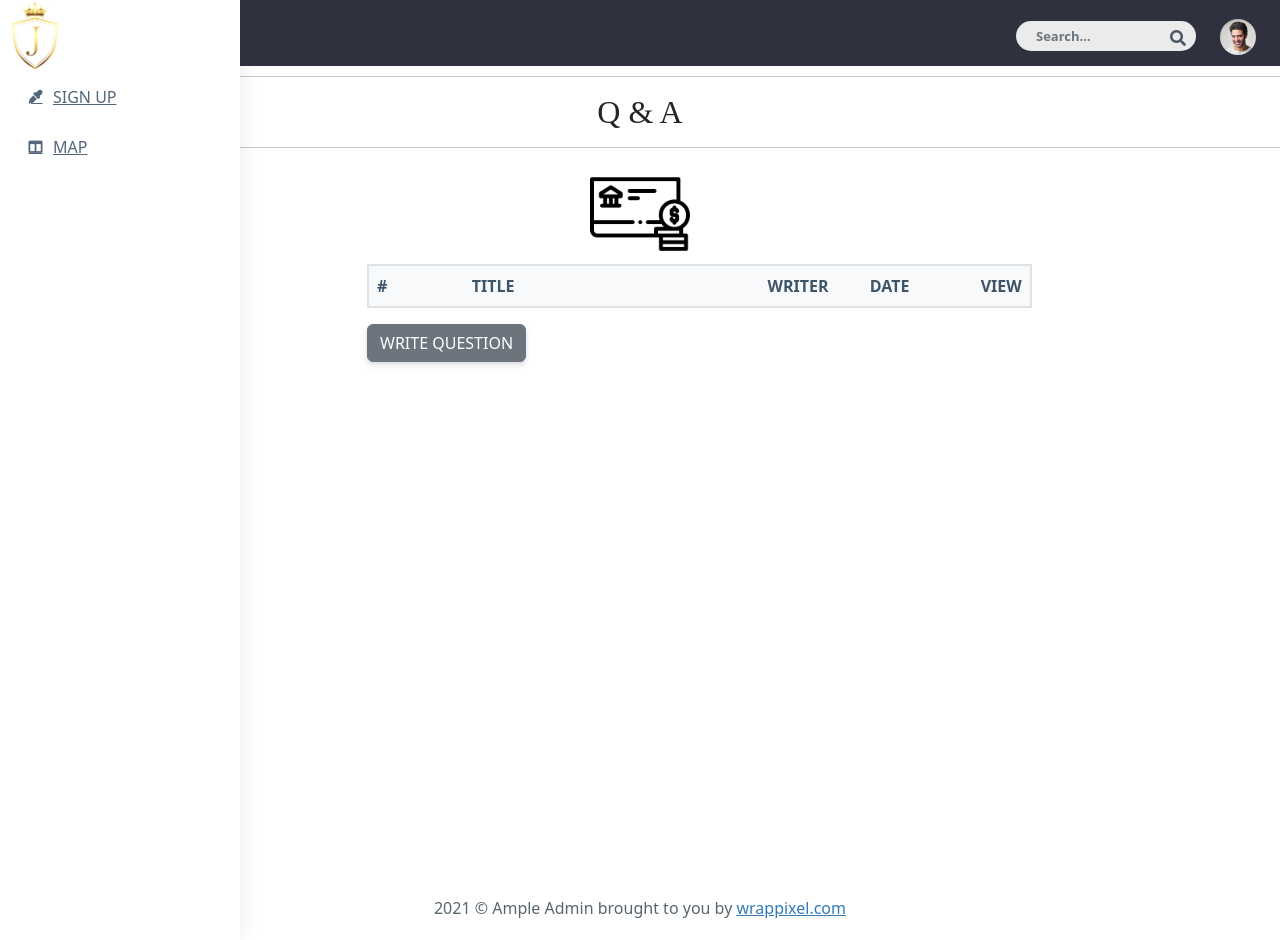
Repository: chopilyeon/HanaOpenBanking
Page: http://localhost/OpenBanking/jsp/board/boardList.jsp
An editor plug-in stored every save of this project. The page is shown before and after the next save, followed by the edit.
The browser window is 1280 px wide. The pictures show the whole page.
Some web fonts or font styles are not loaded; a fallback is used. The page is served by Tomcat 9. Other server files are loaded and not shown.

Above is the page before, as saved 2022-07-27 14:28:17.
Console error: TypeError: Cannot read properties of null (reading 'querySelector')

### OpenBanking/src/main/webapp/jsp/board/boardList.jsp
<%@ page language="java" contentType="text/html; charset=UTF-8"
    pageEncoding="UTF-8"%>
<%@ taglib prefix="c" uri="http://java.sun.com/jsp/jstl/core" %>
<!DOCTYPE html>
<html>
<head>
<meta charset="utf-8">
    <meta http-equiv="X-UA-Compatible" content="IE=edge">
    <!-- Tell the browser to be responsive to screen width -->
    <meta name="viewport" content="width=device-width, initial-scale=1">
    <meta name="keywords"
        content="wrappixel, admin dashboard, html css dashboard, web dashboard, bootstrap 5 admin, bootstrap 5, css3 dashboard, bootstrap 5 dashboard, Ample lite admin bootstrap 5 dashboard, frontend, responsive bootstrap 5 admin template, Ample admin lite dashboard bootstrap 5 dashboard template">
    <meta name="description"
        content="Ample Admin Lite is powerful and clean admin dashboard template, inpired from Bootstrap Framework">
    <meta name="robots" content="noindex,nofollow">
    <title>J investment bank</title>
    <link rel="canonical" href="https://www.wrappixel.com/templates/ample-admin-lite/" />
    <!-- Favicon icon -->
    <link rel="icon" type="image/png" sizes="16x16" href="/OpenBanking/resources/images/favicon.png">
    <!-- Custom CSS -->
    <link href="/OpenBanking/resources/css/chartist.min.css" rel="stylesheet">
    <link rel="stylesheet" href="/OpenBanking/resources/css/chartist-plugin-tooltip.css">
    <!-- Custom CSS -->
    <link href="/OpenBanking/resources/css/style.min.css" rel="stylesheet">
    <link href="/OpenBanking/resources/css/onlyForMe.css" rel="stylesheet">
    <!-- CSS only -->
    <link href="https://cdn.jsdelivr.net/npm/bootstrap@5.2.0-beta1/dist/css/bootstrap.min.css" rel="stylesheet" integrity="sha384-0evHe/X+R7YkIZDRvuzKMRqM+OrBnVFBL6DOitfPri4tjfHxaWutUpFmBp4vmVor" crossorigin="anonymous">



<!-- JavaScript Bundle with Popper -->
<script src="https://cdn.jsdelivr.net/npm/bootstrap@5.2.0-beta1/dist/js/bootstrap.bundle.min.js" integrity="sha384-pprn3073KE6tl6bjs2QrFaJGz5/SUsLqktiwsUTF55Jfv3qYSDhgCecCxMW52nD2" crossorigin="anonymous"></script>

 <!-- FONT -->
<link rel="preconnect" href="https://fonts.googleapis.com">
<link rel="preconnect" href="https://fonts.gstatic.com" crossorigin>
<link href="https://fonts.googleapis.com/css2?family=Libre+Baskerville:ital@1&display=swap" rel="stylesheet">

<script>
	function checkLogin(boardNum,subNum){
		<c:choose>
		<c:when test="${empty userVO}">
			if(confirm('로그인 후 사용이 가능합니다\n 로그인 페이지로 이동할까요?')){
				location.href="${pageContext.request.contextPath}/login.do"
			}



		</c:when>
		<c:otherwise>
			location.href='${pageContext.request.contextPath}/board/detail.do?boardNo='+ boardNum +'&subNum='+subNum
		</c:otherwise>

		</c:choose>
	}

</script>




</head>
<body>


	<jsp:include page="/jsp/include/topAndSide.jsp" />



	<section class="">
	<hr>
		<h2 class="text-center">Q & A </h2>
	<hr>
	<div class="d-flex justify-content-center">
		<img src="/OpenBanking/resources/images/bank.png" width="100" alt="homepage" />
	</div>
	<c:if test="${userVO.type eq 'U' }">
		<button type="button" class="btn btn-secondary" onclick="location.href='${pageContext.request.contextPath}/board/writeForm.do';">WRITE QUESTION</button>
	</c:if>


	<div class="d-flex justify-content-center">

			<div class="container">
				<div class="row">
				<div class="col-md-3"></div>
					<div class="col-md-9">

		<table style="width:80%" class="table float-left border border-2">
			  	<thead>
					<tr class="table-light p-5">
						<th width="16%" class="">#</th>
						<th width="50%" class="">TITLE</th>
						<th width="16%" class="">WRITER</th>
						<th width="40%" class="">DATE</th>
						<th width="50%" class="">VIEW</th>
					</tr>
			  </thead>
		<tbody class="table-group-divider">
				<c:forEach items="${ boardList }" var="boardList" varStatus="loop">
					<tr>
						<td class="table-light">${ boardList.boardNum }</td>
						<td class="table-light">
						<c:if test="${boardList.subNum ge 1 }">
							<c:forEach var="i" begin="0" end="${boardList.subNum}">
								<span> &nbsp;</span>
							</c:forEach>
						</c:if>
						<a href="javascript:checkLogin(${boardList.boardNum },${boardList.subNum })">
						<c:out value="${boardList.title }" />
						</a>
						</td>
						<td class="table-light">${ boardList.id }</td>
						<td class="table-light">${ boardList.regDate }</td>
						<td class="table-light">${ boardList.viewCnt }</td>
					</tr>
				</c:forEach>
		</tbody>



		</table>


		 <c:if test="${ userVO.type ne 'A' }">
			<button type="button" class="btn btn-secondary"" onclick="location.href='${pageContext.request.contextPath}/board/writeForm.do'">WRITE QUESTION</button>
		 </c:if>
	</div>



				</div>


			</div>
	</div>







	</section>










	<jsp:include page="/jsp/include/footer.jsp" />









 <script src="/OpenBanking/resources/js/jquery.min.js"></script>
    <!-- Bootstrap tether Core JavaScript -->
    <script src="/OpenBanking/resources/js/bootstrap.bundle.min.js"></script>
    <script src="/OpenBanking/resources/js/app-style-switcher.js"></script>
    <script src="/OpenBanking/resources/js/jquery.sparkline.min.js"></script>
    <!--Wave Effects -->
    <script src="/OpenBanking/resources/js/waves.js"></script>
    <!--Menu sidebar -->
    <script src="/OpenBanking/resources/js/sidebarmenu.js"></script>
    <!--Custom JavaScript -->
    <script src="/OpenBanking/resources/js/custom.js"></script>
    <!--This page JavaScript -->
    <!--chartis chart-->
    <script src="/OpenBanking/resources/js/chartist.min.js"></script>
    <script src="/OpenBanking/resources/js/chartist-plugin-tooltip.min.js"></script>
    <script src="/OpenBanking/resources/js/dashboard1.js"></script>




</body>
</html>

### OpenBanking/src/main/webapp/jsp/include/topAndSide.jsp
<%@ page language="java" contentType="text/html; charset=UTF-8"
    pageEncoding="UTF-8"%>
<%@ taglib prefix="c" uri="http://java.sun.com/jsp/jstl/core" %>

  <!-- ============================================================== -->
    <!-- Preloader - style you can find in spinners.css -->
    <!-- ============================================================== -->
    <div class="preloader">
        <div class="lds-ripple">
            <div class="lds-pos"></div>
            <div class="lds-pos"></div>
        </div>
    </div>
    <!-- ============================================================== -->
    <!-- Main wrapper - style you can find in pages.scss -->
    <!-- ============================================================== -->
    <div id="main-wrapper" data-layout="vertical" data-navbarbg="skin5" data-sidebartype="full"
        data-sidebar-position="absolute" data-header-position="absolute" data-boxed-layout="full">
        <!-- ============================================================== -->
        <!-- Topbar header - style you can find in pages.scss -->
        <!-- ============================================================== -->
        <header class="topbar" data-navbarbg="skin5">
            <nav class="navbar top-navbar navbar-expand-md navbar-dark">
                <div class="navbar-header" data-logobg="skin6">
                    <!-- ============================================================== -->
                    <!-- Logo -->
                    <!-- ============================================================== -->
                    <a class="navbar-brand" href="${pageContext.request.contextPath}/welcome.do">
                        <!-- Logo icon -->
                        <b class="logo-icon">
                            <!-- Dark Logo icon -->
                            <img src="/OpenBanking/resources/images/J_LOGO.png" alt="homepage" width="50" class="rounded mx-auto d-block">
                        </b>
                        <!--End Logo icon -->
                        <!-- Logo text -->
                        <span class="">
                            <!-- dark Logo text -->

                        </span>
                    </a>
                    <!-- ============================================================== -->
                    <!-- End Logo -->
                    <!-- ============================================================== -->
                    <!-- ============================================================== -->
                    <!-- toggle and nav items -->
                    <!-- ============================================================== -->
                    <a class="nav-toggler waves-effect waves-light text-dark d-block d-md-none"
                        href="javascript:void(0)"><i class="ti-menu ti-close"></i></a>
                </div>
                <!-- ============================================================== -->
                <!-- End Logo -->
                <!-- ============================================================== -->
                <div class="navbar-collapse collapse" id="navbarSupportedContent" data-navbarbg="skin5">

                    <!-- ============================================================== -->
                    <!-- Right side toggle and nav items -->
                    <!-- ============================================================== -->
                    <ul class="navbar-nav ms-auto d-flex align-items-center">

                        <!-- ============================================================== -->
                        <!-- Search -->
                        <!-- ============================================================== -->
                        <li class=" in">
                            <form role="search" class="app-search d-none d-md-block me-3">
                                <input type="text" placeholder="Search..." class="form-control mt-0">
                                <a href="#" class="active">
                                    <i class="fa fa-search"></i>
                                </a>
                            </form>
                        </li>
                        <!-- ============================================================== -->
                        <!-- User profile and search -->
                        <!-- ============================================================== -->
                        <li>
                            <a class="profile-pic" href="#">
                                <img src="/OpenBanking/resources/images/users/varun.jpg" alt="user-img" width="36"
                                    class="img-circle"><span class="text-white font-medium f-3">${userVO.id}</span></a>
                        </li>

                    <c:if test="${ not empty userVO }">
                        <li>
                            <a href="${pageContext.request.contextPath}/logout.do">
                              <button type="button" class="btn btn-primary btn-sm m-2">LOGOUT</button>
                            </a>
                        </li>

                	 </c:if>
                        <!-- ============================================================== -->
                        <!-- User profile and search -->
                        <!-- ============================================================== -->
                    </ul>
                </div>
            </nav>
        </header>
        <!-- ============================================================== -->
        <!-- End Topbar header -->
        <!-- ============================================================== -->
        <!-- ============================================================== -->
        <!-- Left Sidebar - style you can find in sidebar.scss  -->
        <!-- ============================================================== -->
        <aside class="left-sidebar" data-sidebarbg="skin6">
            <!-- Sidebar scroll-->
            <div class="scroll-sidebar">
                <!-- Sidebar navigation-->

                <nav class="sidebar-nav navbar">
                    <ul id="sidebarnav">
                        <!-- User Profile-->
                        <c:if test="${userVO.openBanking eq 'Y' }">

                        	<li class="sidebar-item pt-2">
                            	<a class="sidebar-link waves-effect waves-dark sidebar-link" href="${pageContext.request.contextPath}/Member/DashBoard.do"
                                	aria-expanded="false">
                                		<i class="far fa-clock" aria-hidden="true"></i>
                                	<span class="hide-menu">ASSET STATUS</span>
                            	</a>
                        	</li>
                        </c:if>


              	 		<c:choose>
							<c:when test="${ not empty userVO }">

                        <li class="sidebar-item">
                            <a class="sidebar-link waves-effect waves-dark sidebar-link" href="${pageContext.request.contextPath}/Member/checkInfo.do"
                                aria-expanded="false">
                                <i class="fa fa-user" aria-hidden="true"></i>
                                <span class="hide-menu">MEMBER INFO</span>
                            </a>
                        </li>



                         <li class="sidebar-item">
                            <a class="sidebar-link waves-effect waves-dark sidebar-link" href="${pageContext.request.contextPath}/bank/openBank.do"
                                aria-expanded="false">
                                <i class="fa fa-globe" aria-hidden="true"></i>
                                <span class="hide-menu">BANK SERVICE</span>
                            </a>
                        </li>




                        <li class="sidebar-item">
                            <a class="sidebar-link waves-effect waves-dark sidebar-link" href="${pageContext.request.contextPath}/board/list.do"
                                aria-expanded="false">
                                <i class="fas fa-eye-dropper" aria-hidden="true"></i>
                                <span class="hide-menu">Q&A</span>
                            </a>
                        </li>



    					 </c:when>
          					<c:otherwise>

                        <li class="sidebar-item">
                            <a class="sidebar-link waves-effect waves-dark sidebar-link" href="${pageContext.request.contextPath}/login.do"
                                aria-expanded="false">
                                <i class=" fas fa-eye-dropper" aria-hidden="true"></i>
                                <span class="hide-menu">SIGN UP</span>
                            </a>
                        </li>

                         <li class="sidebar-item">
                            <a class="sidebar-link waves-effect waves-dark sidebar-link" href="${pageContext.request.contextPath}/map.do"
                                aria-expanded="false">
                                <i class="fa fa-columns" aria-hidden="true"></i>
                                <span class="hide-menu">MAP</span>
                            </a>
                        </li>



              			</c:otherwise>
         			</c:choose>

                    </ul>

                </nav>
                <!-- End Sidebar navigation -->
            </div>
            <!-- End Sidebar scroll-->
        </aside>
        <!-- ============================================================== -->
        <!-- End Left Sidebar - style you can find in sidebar.scss  -->
        <!-- ============================================================== -->
        <!-- ============================================================== -->
        <!-- Page wrapper  -->
        <!-- ============================================================== -->

### OpenBanking/src/main/webapp/jsp/include/footer.jsp
<%@ page language="java" contentType="text/html; charset=UTF-8"
    pageEncoding="UTF-8"%>
  <footer class="footer text-center">
  	2021 © Ample Admin brought to you by <a href="#">wrappixel.com</a>
  </footer>

### OpenBanking/src/main/webapp/resources/css/onlyForMe.css
@charset "UTF-8";

body,h2,h3,h4,h5{
	font-family: 'Libre Baskerville', serif;
}

.btn btn-primary{

	font-family: 'Libre Baskerville', serif;

}

h3,p{

	font-family: 'Libre Baskerville', serif;

}





.onlyfor{
	background:url('../images/city.jpg');
	background-size:cover;

}




.onlyfor1{
	background:url('../images/river.jpg');
	background-size:cover;

}




section{
	min-height:800px;

}

.carousel-item{
	height:900px;
}



.carousel-image-1{
	background:url('/OpenBanking/resources/images/city1.jpg');
	background-size:cover;
}

.carousel-image-2{
		background:url('/OpenBanking/resources/images/picture2.jpg');
		background-size:cover;
}

.carousel-image-3{

		background:url('/OpenBanking/resources/images/coffee.jpg');
		background-size:cover;
}



.highcharts-figure,
.highcharts-data-table table {
  min-width: 360px;
  max-width: 800px;
  margin: 1em auto;
}

.highcharts-data-table table {
  font-family: Verdana, sans-serif;
  border-collapse: collapse;
  border: 1px solid #ebebeb;
  margin: 10px auto;
  text-align: center;
  width: 100%;
  max-width: 500px;
}

.highcharts-data-table caption {
  padding: 1em 0;
  font-size: 1.2em;
  color: #555;
}

.highcharts-data-table th {
  font-weight: 600;
  padding: 0.5em;
}

.highcharts-data-table td,
.highcharts-data-table th,
.highcharts-data-table caption {
  padding: 0.5em;
}

.highcharts-data-table thead tr,
.highcharts-data-table tr:nth-child(even) {
  background: #f8f8f8;
}

.highcharts-data-table tr:hover {
  background: #f1f7ff;
}

### OpenBanking/src/main/webapp/resources/js/sidebarmenu.js
/*
Template Name: Admin Template
Author: Wrappixel

File: js
*/
// ==============================================================
// Auto select left navbar
// ==============================================================
$(function() {
    "use strict";
     var url = window.location + "";
        var path = url.replace(window.location.protocol + "//" + window.location.host + "/", "");
        var element = $('ul#sidebarnav a').filter(function() {
            return this.href === url || this.href === path;// || url.href.indexOf(this.href) === 0;
        });
        element.parentsUntil(".sidebar-nav").each(function (index)
        {
            if($(this).is("li") && $(this).children("a").length !== 0)
            {
                $(this).children("a").addClass("active");
                $(this).parent("ul#sidebarnav").length === 0
                    ? $(this).addClass("active")
                    : $(this).addClass("selected");
            }
            else if(!$(this).is("ul") && $(this).children("a").length === 0)
            {
                $(this).addClass("selected");

            }
            else if($(this).is("ul")){
                $(this).addClass('in');
            }

        });

    element.addClass("active");
    $('#sidebarnav a').on('click', function (e) {

            if (!$(this).hasClass("active")) {
                // hide any open menus and remove all other classes
                $("ul", $(this).parents("ul:first")).removeClass("in");
                $("a", $(this).parents("ul:first")).removeClass("active");

                // open our new menu and add the open class
                $(this).next("ul").addClass("in");
                $(this).addClass("active");

            }
            else if ($(this).hasClass("active")) {
                $(this).removeClass("active");
                $(this).parents("ul:first").removeClass("active");
                $(this).next("ul").removeClass("in");
            }
    })
    $('#sidebarnav >li >a.has-arrow').on('click', function (e) {
        e.preventDefault();
    });

});

### OpenBanking/src/main/webapp/resources/js/custom.js
$(function() {
    "use strict";

    $(".preloader").fadeOut();
    // this is for close icon when navigation open in mobile view
    $(".nav-toggler").on('click', function() {
        $("#main-wrapper").toggleClass("show-sidebar");
        $(".nav-toggler i").toggleClass("ti-menu");
    });
    $(".search-box a, .search-box .app-search .srh-btn").on('click', function() {
        $(".app-search").toggle(200);
        $(".app-search input").focus();
    });

    // ==============================================================
    // Resize all elements
    // ==============================================================
    $("body, .page-wrapper").trigger("resize");
    $(".page-wrapper").delay(20).show();

    //****************************
    /* This is for the mini-sidebar if width is less then 1170*/
    //****************************
    var setsidebartype = function() {
        var width = (window.innerWidth > 0) ? window.innerWidth : this.screen.width;
        if (width < 1170) {
            $("#main-wrapper").attr("data-sidebartype", "mini-sidebar");
        } else {
            $("#main-wrapper").attr("data-sidebartype", "full");
        }
    };
    $(window).ready(setsidebartype);
    $(window).on("resize", setsidebartype);

});

Loaded but not shown: OpenBanking/src/main/webapp/resources/css/chartist.min.css (library); OpenBanking/src/main/webapp/resources/css/chartist-plugin-tooltip.css (common file); OpenBanking/src/main/webapp/resources/css/style.min.css (library); OpenBanking/src/main/webapp/resources/css/icons/font-awesome/css/fontawesome-all.min.css (library); OpenBanking/src/main/webapp/resources/css/icons/themify-icons/themify-icons.css (common file); OpenBanking/src/main/webapp/resources/js/jquery.min.js (library); OpenBanking/src/main/webapp/resources/js/bootstrap.bundle.min.js (library); OpenBanking/src/main/webapp/resources/js/app-style-switcher.js (common file); OpenBanking/src/main/webapp/resources/js/jquery.sparkline.min.js (library); OpenBanking/src/main/webapp/resources/js/waves.js (library); OpenBanking/src/main/webapp/resources/js/chartist.min.js (library); OpenBanking/src/main/webapp/resources/js/chartist-plugin-tooltip.min.js (library); OpenBanking/src/main/webapp/resources/js/dashboard1.js (79 lines, source omitted)

After the next save:
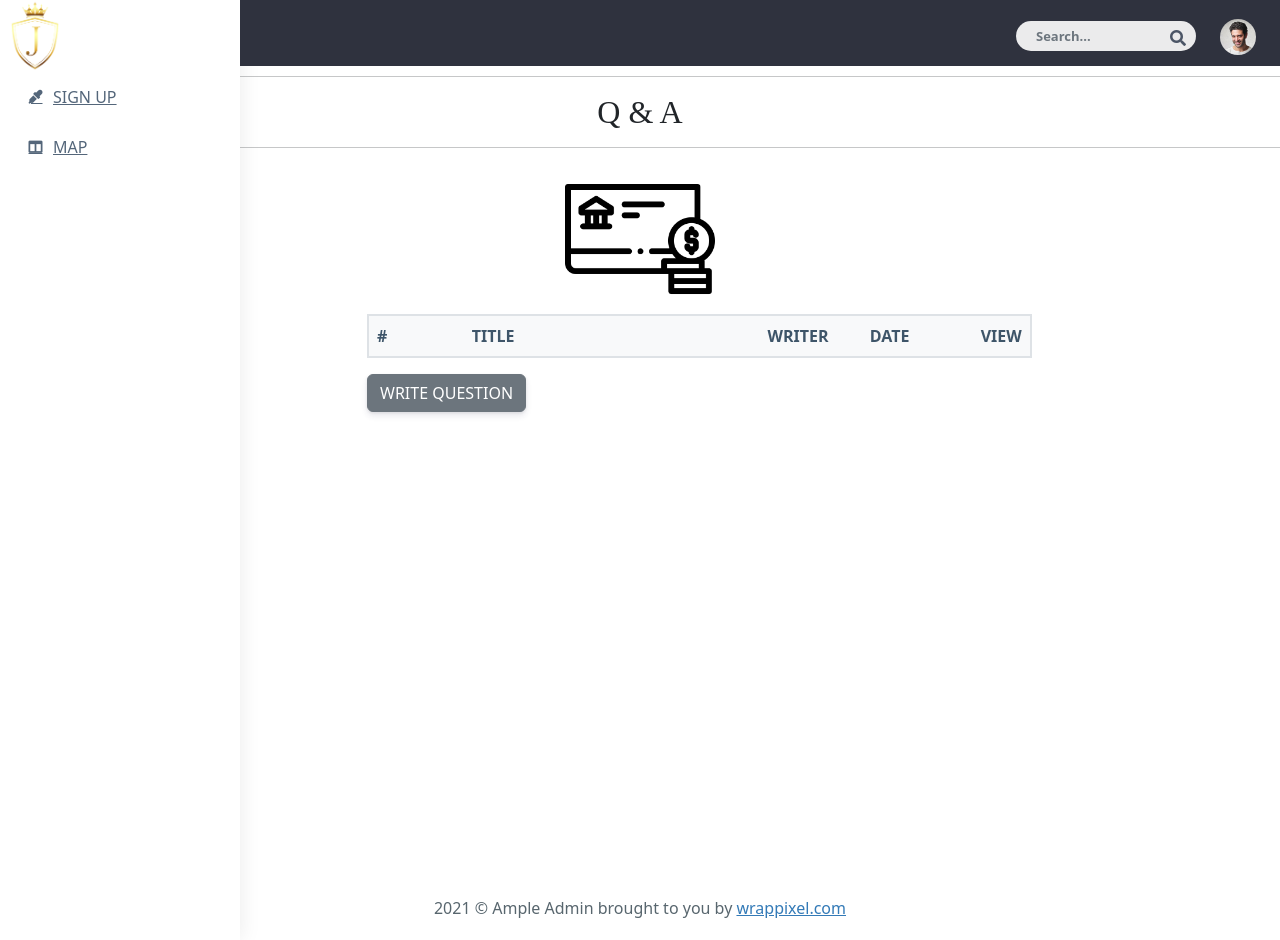
Saved 13 s later.
--- a/OpenBanking/src/main/webapp/jsp/board/boardList.jsp
+++ b/OpenBanking/src/main/webapp/jsp/board/boardList.jsp
@@ -72,7 +72,7 @@
 		<h2 class="text-center">Q & A </h2>
 	<hr>
 	<div class="d-flex justify-content-center">
-		<img src="/OpenBanking/resources/images/bank.png" width="100" alt="homepage" />
+		<img src="/OpenBanking/resources/images/bank.png" width="150" alt="homepage" />
 	</div>
 	<c:if test="${userVO.type eq 'U' }">
 		<button type="button" class="btn btn-secondary" onclick="location.href='${pageContext.request.contextPath}/board/writeForm.do';">WRITE QUESTION</button>
